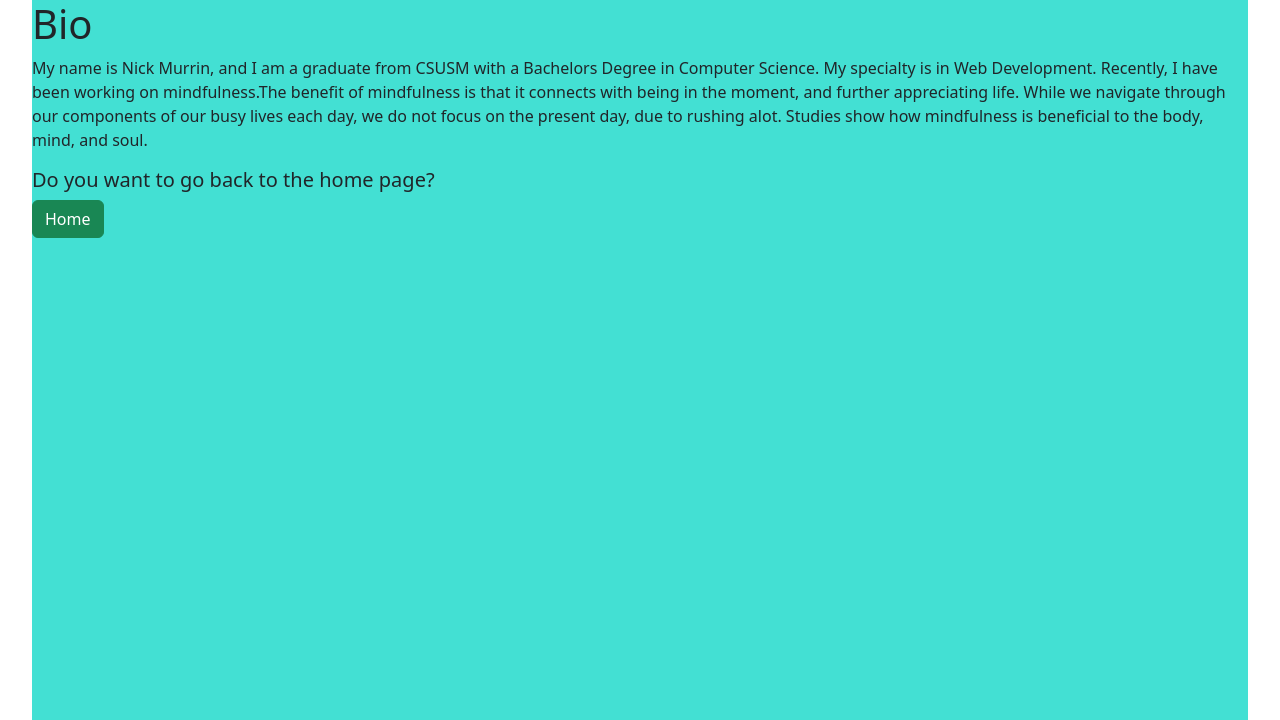
Repository: collegedude9300/zenstationnext
Page: /About
These files come from the project's save history. The page is drawn as it stood at one moment and after the next save; the edit follows.
The browser window is 1280 px wide. The pictures show the whole page.
The project was rebuilt for these pictures with package versions that can differ from the ones it lists, and the page was loaded fresh each time. The framework's server and built-in components were replaced by stand-ins that run in the browser. Also part of the build but not shown: next.config.js.

Above is the page before, as saved 2022-10-12 09:15:54.

### pages/About.js

import Head from 'next/head'
import Image from 'next/image'
import styles from '../styles/Home.module.css'
import 'bootstrap/dist/css/bootstrap.css'
import Link from 'next/link'
export default function About() {
return (
    <div className={styles.container}>
      <Head>
        <title>About</title>
        <meta name="description" content="Generated by create next app" />
        <link rel="icon" href="/favicon.ico" />
      </Head>
      <main className={styles.pages}>
        <div className="aboutBio">
<h1>Bio</h1>
</div>
<p>
My name is Nick Murrin, and I am a graduate from CSUSM with a Bachelors Degree in Computer Science.
My specialty is in Web Development. Recently, I have been working on mindfulness.The benefit of mindfulness is that it connects with being in the moment, and further appreciating life.
While we navigate through our components of our busy lives each day, we do not focus on the present day, due to rushing alot.
Studies show how mindfulness is beneficial to the body, mind, and soul.
</p>
<h5>Do you want to go back to the home page?</h5>
<Link href="/">
<a className="btn btn-success">Home</a>
</Link>
</main>
</div>
)}

### styles/Home.module.css
.container {
  padding: 0 2rem;
}
.pages{
  background-color: #43e0d3;
  min-height: 100vh;
}
.main {
  min-height: 100vh;
  padding: 4rem 0;
  flex: 1;
  display: flex;
  flex-direction: column;
  justify-content: center;
  align-items: center;
}
.aboutBio {

  margin: 0;
  line-height: 1.15;
  font-size: 4rem;
  text-align: center;
}
.footer {
  display: flex;
  flex: 1;
  padding: 2rem 0;
  border-top: 1px solid #eaeaea;
  justify-content: center;
  align-items: center;
}

.footer a {
  display: flex;
  justify-content: center;
  align-items: center;
  flex-grow: 1;
}

.title a {
  color: #0070f3;
  text-decoration: none;
}

.title a:hover,
.title a:focus,
.title a:active {
  text-decoration: underline;
}

.title {
  margin: 0;
  line-height: 1.15;
  font-size: 4rem;
}

.title,
.description {
  text-align: center;
}

.description {
  margin: 4rem 0;
  line-height: 1.5;
  font-size: 1.5rem;
}

.code {
  background: #fafafa;
  border-radius: 5px;
  padding: 0.75rem;
  font-size: 1.1rem;
  font-family: Menlo, Monaco, Lucida Console, Liberation Mono, DejaVu Sans Mono,
    Bitstream Vera Sans Mono, Courier New, monospace;
}

.grid {
  display: flex;
  align-items: center;
  justify-content: center;
  flex-wrap: wrap;
  max-width: 800px;
}

.card {
  margin: 1rem;
  padding: 1.5rem;
  text-align: left;
  color: inherit;
  text-decoration: none;
  border: 1px solid #eaeaea;
  border-radius: 10px;
  transition: color 0.15s ease, border-color 0.15s ease;
  max-width: 300px;
}

.card:hover,
.card:focus,
.card:active {
  color: #0070f3;
  border-color: #0070f3;
}

.card h2 {
  margin: 0 0 1rem 0;
  font-size: 1.5rem;
}

.card p {
  margin: 0;
  font-size: 1.25rem;
  line-height: 1.5;
}

.logo {
  height: 1em;
  margin-left: 0.5rem;
}

@media (max-width: 600px) {
  .grid {
    width: 100%;
    flex-direction: column;
  }
}

@media (prefers-color-scheme: dark) {
  .card,
  .footer {
    border-color: #222;
  }
  .code {
    background: #111;
  }
  .logo img {
    filter: invert(1);
  }
}

Loaded but not shown: pages/_app.js (common file); styles/globals.css (common file)

After the next save:
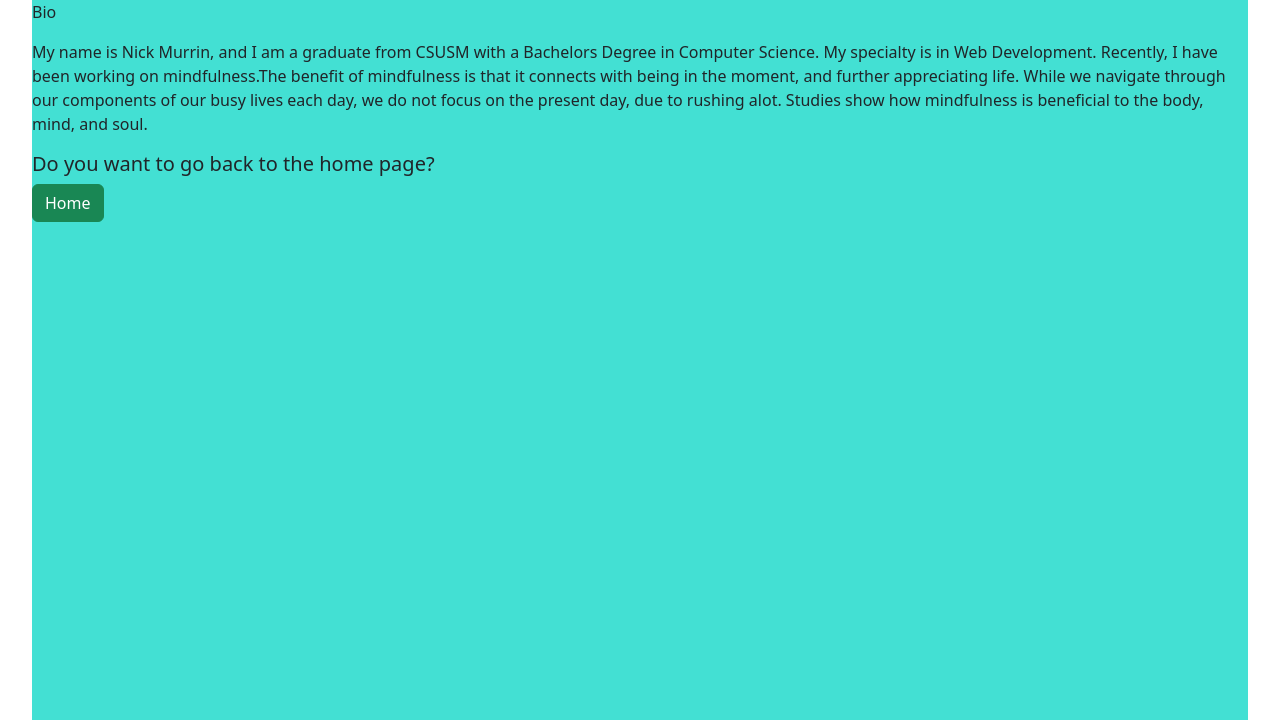
Saved 16 s later.
--- a/pages/About.js
+++ b/pages/About.js
@@ -14,7 +14,7 @@ return (
       </Head>
       <main className={styles.pages}>
         <div className="aboutBio">
-<h1>Bio</h1>
+<p>Bio</p>
 </div>
 <p>
 My name is Nick Murrin, and I am a graduate from CSUSM with a Bachelors Degree in Computer Science.
